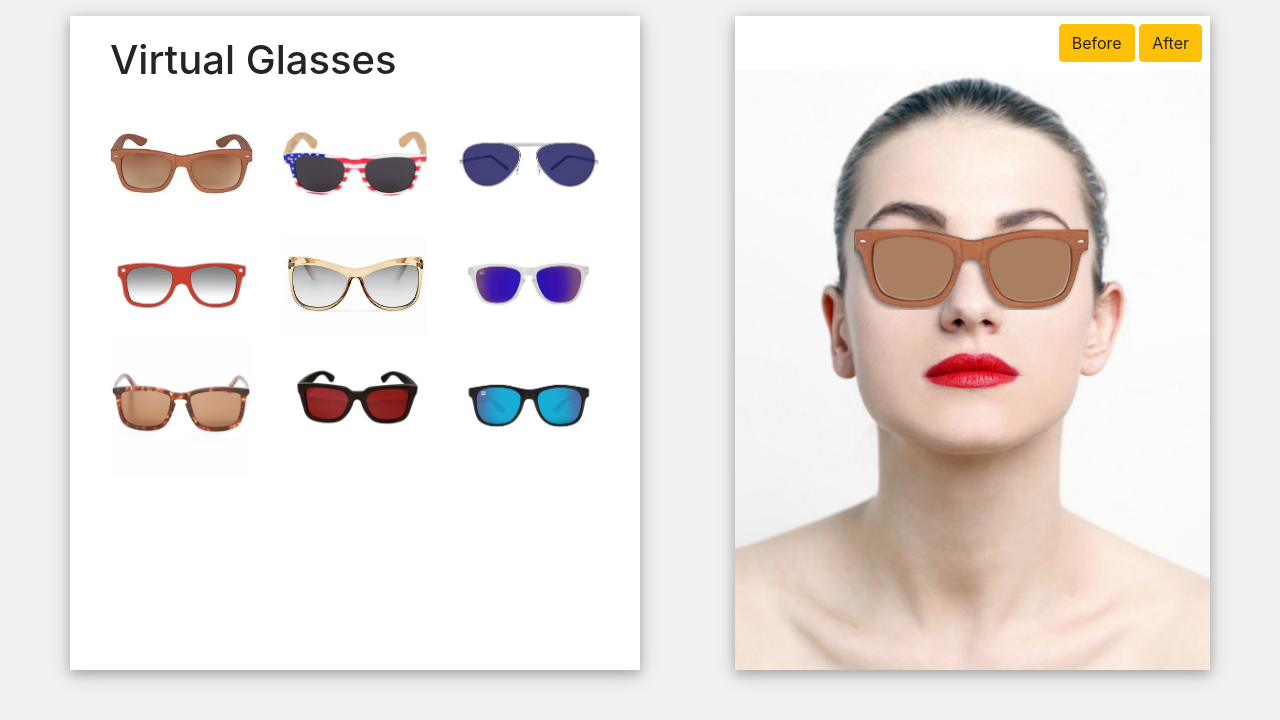
Repository: Khoi300399/BC35E_ES6_B2_MaThanhKhoi
Page: index.html
An editor plug-in stored every save of this project. The page is shown before and after the next save, followed by the edit.
The browser window is 1280 px wide. The pictures show the whole page.
After loading, the first visible `img` was clicked once.

Above is the page before, as saved 2022-10-21 23:10:44.

After the next save:
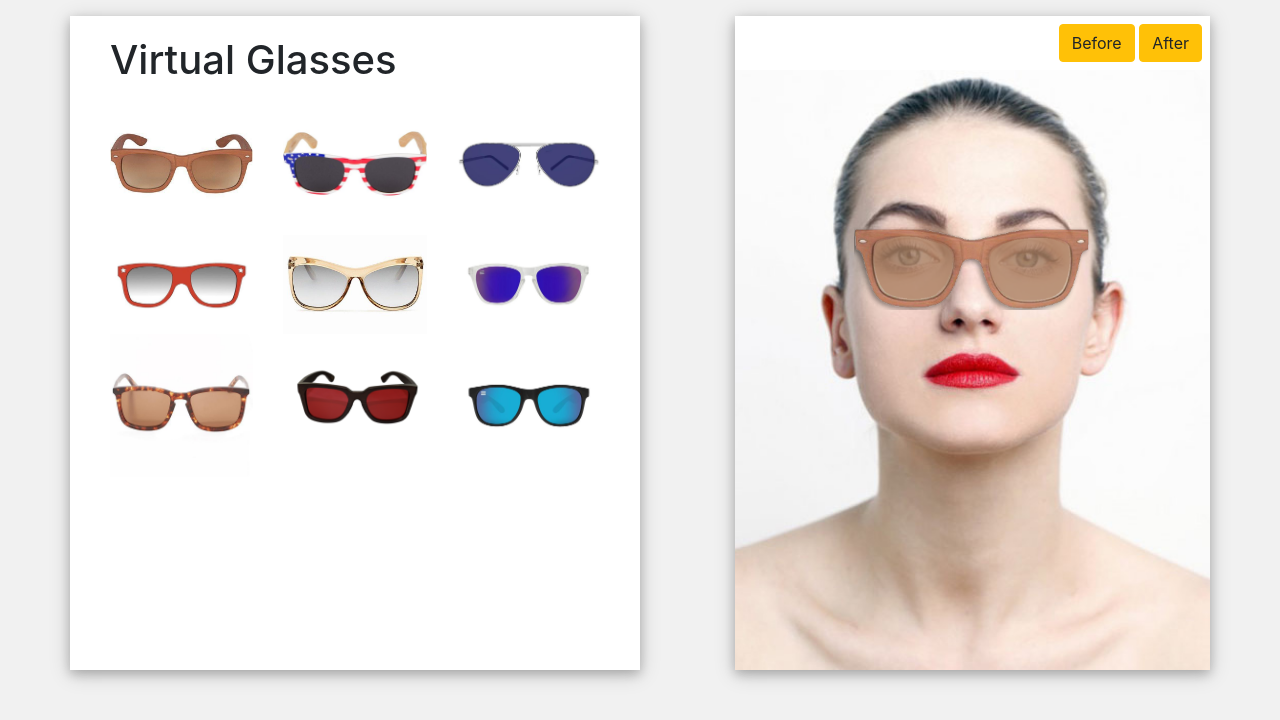
Saved 80 s later.
--- a/js/main.js
+++ b/js/main.js
@@ -115,7 +115,7 @@ let btnShowGlasses = (value) => {
     <img src="${value}" alt="" />
     `;
   document.querySelector("#avatar").innerHTML = contentHTML;
-  document.querySelector("#avatar img").style.opacity = 1;
+  document.querySelector("#avatar img").style.opacity = 0.8;
 };
 
 let removeGlasses = () => {
@@ -123,5 +123,5 @@ let removeGlasses = () => {
 };
 
 let addGlasses = () => {
-  document.querySelector("#avatar img").style.opacity = 1;
+  document.querySelector("#avatar img").style.opacity = 0.8;
 };
